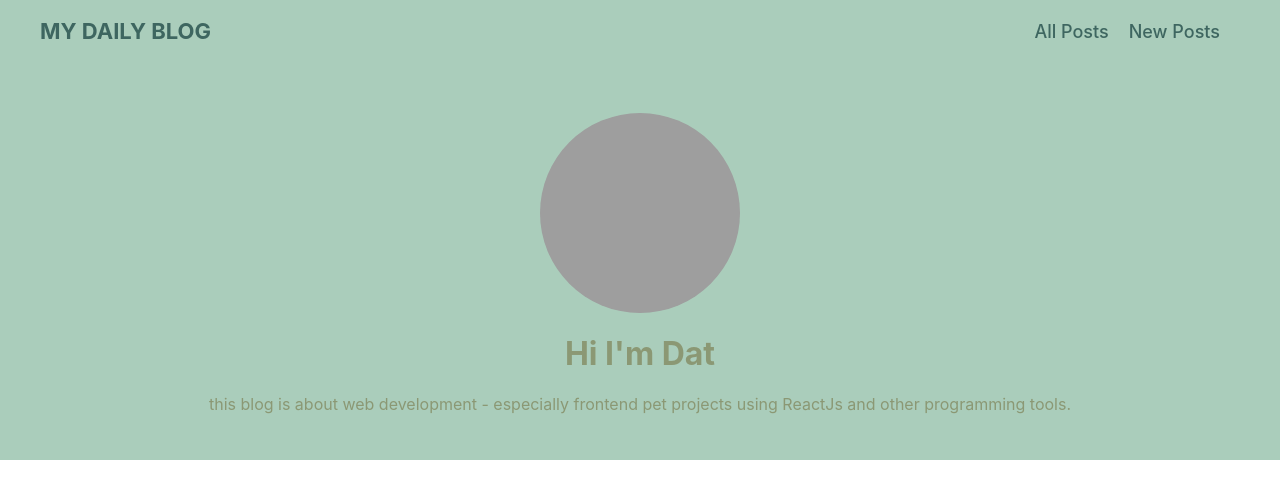
Repository: lyvandat/post-project-nextjs
Page: /
These files come from the project's save history. The page is drawn as it stood at one moment and after the next save; the edit follows.
The browser window is 1280 px wide. The pictures show the whole page.
Pictures or frames that could not be fetched are drawn as grey boxes. The project was rebuilt for these pictures with package versions that can differ from the ones it lists, and the page was loaded fresh each time. The framework's server and built-in components were replaced by stand-ins that run in the browser. Also part of the build but not shown: next.config.js.

Above is the page before, as saved 2022-09-25 11:08:02.

### pages/_app.tsx
import "../styles/globals.css";
import type { AppProps } from "next/app";
import Layout from "../components/layout/Layout";

function MyApp({ Component, pageProps }: AppProps) {
  return (
    <Layout>
      <Component {...pageProps} />
    </Layout>
  );
}

export default MyApp;

### pages/index.tsx
import type { NextPage } from "next";
import React from "react";
import MainNavigation from "../components/layout/MainNavigation";
import Info from "../components/info/Info";

const Home: NextPage = () => {
  return (
    <React.Fragment>
      <Info />
    </React.Fragment>
  );
};

export default Home;

### styles/globals.css
:root {
  --background-green: #aacdbb;
  --light-green: #abb7ab;
  --medium-green: #8b9874;
  --high-green: #3e6660;
}

html,
body {
  color: var(--medium-green);
  padding: 0;
  margin: 0;
  font-family: -apple-system, BlinkMacSystemFont, Segoe UI, Roboto, Oxygen,
    Ubuntu, Cantarell, Fira Sans, Droid Sans, Helvetica Neue, sans-serif;
}

html {
  font-size: 62.5%;
}

body {
  font-size: 1.6rem;
}

a {
  color: inherit;
  text-decoration: none;
}

* {
  box-sizing: border-box;
}

ul {
  padding-left: 0;
  list-style: none;
}

button {
  outline: none;
}

img {
  display: block;
  max-width: 100%;
}

.container {
  max-width: 1200px;
  width: 100%;
  margin-left: auto;
  margin-right: auto;
}

### components/layout/Layout.tsx
import React from "react";
import classes from "./Layout.module.css";
import MainNavigation from "./MainNavigation";

const Layout: React.FC<{ children: React.ReactNode }> = (props) => {
  return (
    <React.Fragment>
      <MainNavigation></MainNavigation>
      <main className={classes.main}>{props.children}</main>
    </React.Fragment>
  );
};

export default Layout;

### components/info/Info.tsx
import classes from "./Info.module.css";
import Image from "next/image";

const Info: React.FC = () => {
  return (
    <div className={classes.info}>
      <div className="container">
        <div className={classes["image-wrapper"]}>
          <Image
            src="/images/my-photo.jpg"
            alt="my photo"
            width={300}
            height={300}
          ></Image>
        </div>
        <h1>Hi I'm Dat</h1>
        <p>
          this blog is about web development - especially frontend pet projects
          using ReactJs and other programming tools.
        </p>
      </div>
    </div>
  );
};

export default Info;

### components/layout/Layout.module.css
.main {
  width: 100%;
  margin-left: auto;
  margin-right: auto;
}

### components/layout/MainNavigation.tsx
import classes from "./MainNavigation.module.css";
import Link from "next/link";

const MainNavigation: React.FC = (props) => {
  return (
    <header className={classes["main-header"]}>
      <div className={classes.container}>
        <Link href="/">
          <a>
            <h2>My Daily Blog</h2>
          </a>
        </Link>
        <nav>
          <ul>
            <li>
              <Link href="/">All Posts</Link>
            </li>
            <li>
              <Link href="/">New Posts</Link>
            </li>
          </ul>
        </nav>
      </div>
    </header>
  );
};

export default MainNavigation;

### components/info/Info.module.css
.info {
  background-color: var(--background-green);
  padding-top: 50px;
  padding-bottom: 30px;
  text-align: center;
}

.info-container {
  width: 100%;
  max-width: 1200px;
  margin-left: auto;
  margin-right: auto;
}

.image-wrapper {
  width: 200px;
  height: 200px;
  border-radius: 200px;
  overflow: hidden;
  margin: 0 auto;
}

.image-wrapper img {
  height: 100%;
  object-fit: cover;
}

### components/layout/MainNavigation.module.css
.main-header {
  background-color: var(--background-green);
}

.container {
  color: var(--high-green);
  width: 100%;
  max-width: 1200px;
  display: flex;
  justify-content: space-between;
  align-items: center;
  margin: 0 auto;
}

.container h2 {
  font-size: 22px;
  font-weight: 700;
  text-transform: uppercase;
}

.container nav {
}

.container ul {
  display: flex;
  justify-content: flex-start;
}

.container li {
  margin-right: 20px;
}

.container a {
  font-weight: 600;
  font-size: 18px;
  font-weight: 500;
}

After the next save:
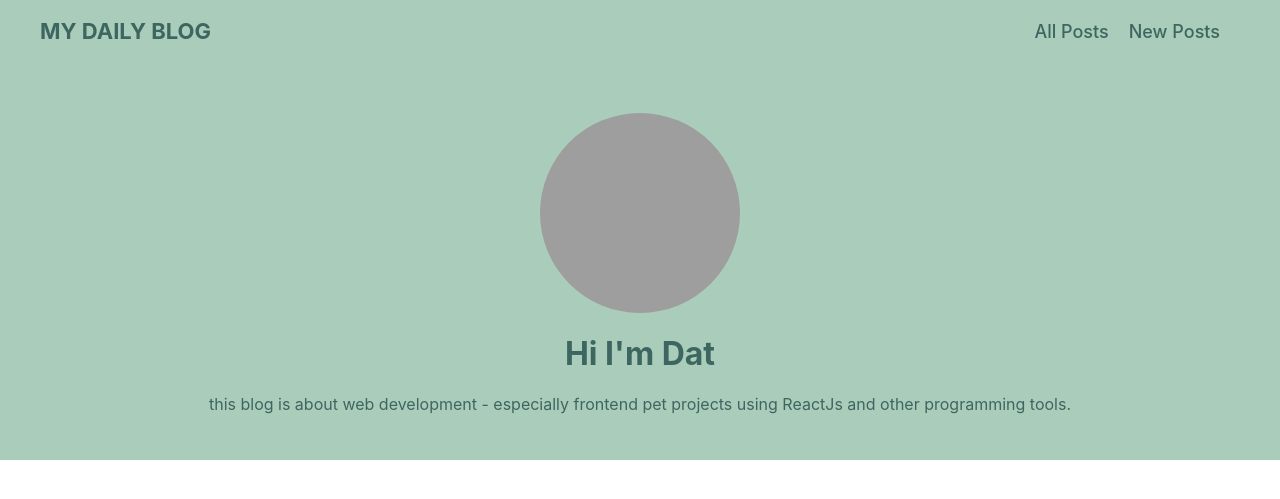
Saved 21 s later.
--- a/components/info/Info.module.css
+++ b/components/info/Info.module.css
@@ -3,6 +3,7 @@
   padding-top: 50px;
   padding-bottom: 30px;
   text-align: center;
+  color: var(--high-green);
 }
 
 .info-container {
